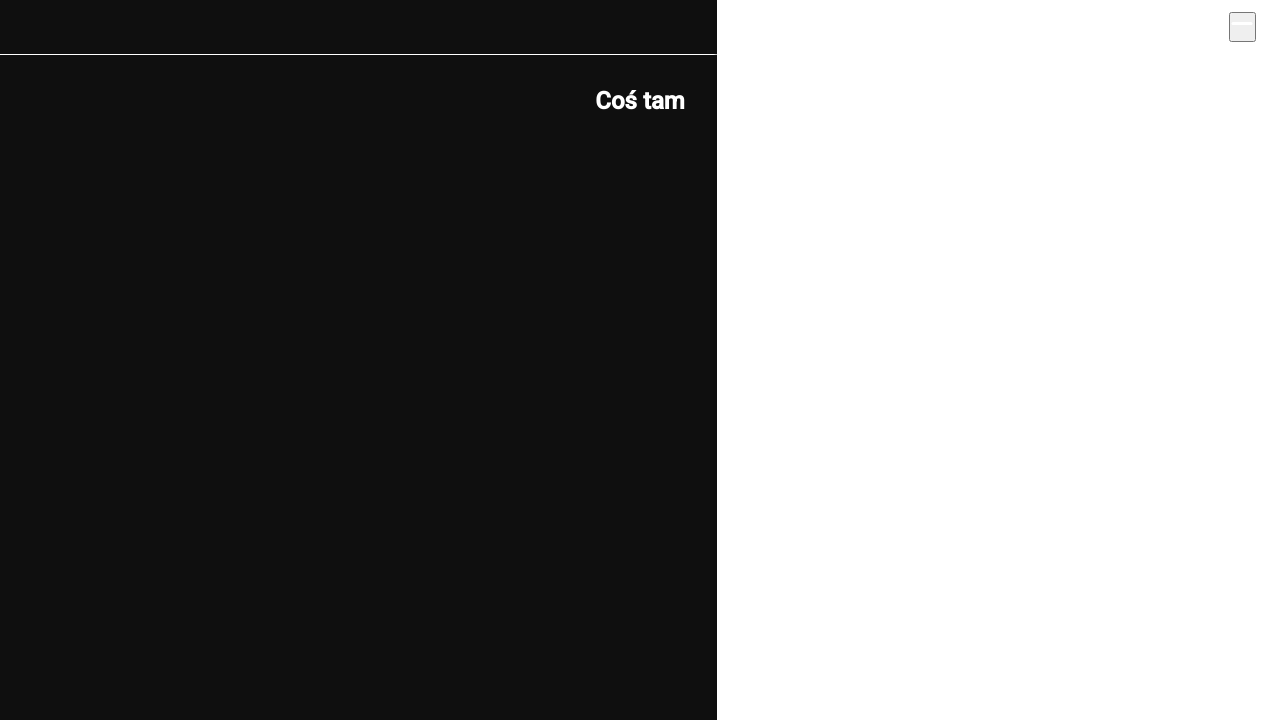
Repository: KrzysKolo/sr_tydzien5_zad3
Page: /Contact
The author's editor kept a copy of each file at every save. The page is drawn from the files as they stood at one save, then again after the next save.
The browser window is 1280 px wide. The pictures show the whole page.
The project was rebuilt for these pictures with package versions that can differ from the ones it lists, and the page was loaded fresh each time.

Above is the page before, as saved 2020-12-30 11:38:19.

After the next save:
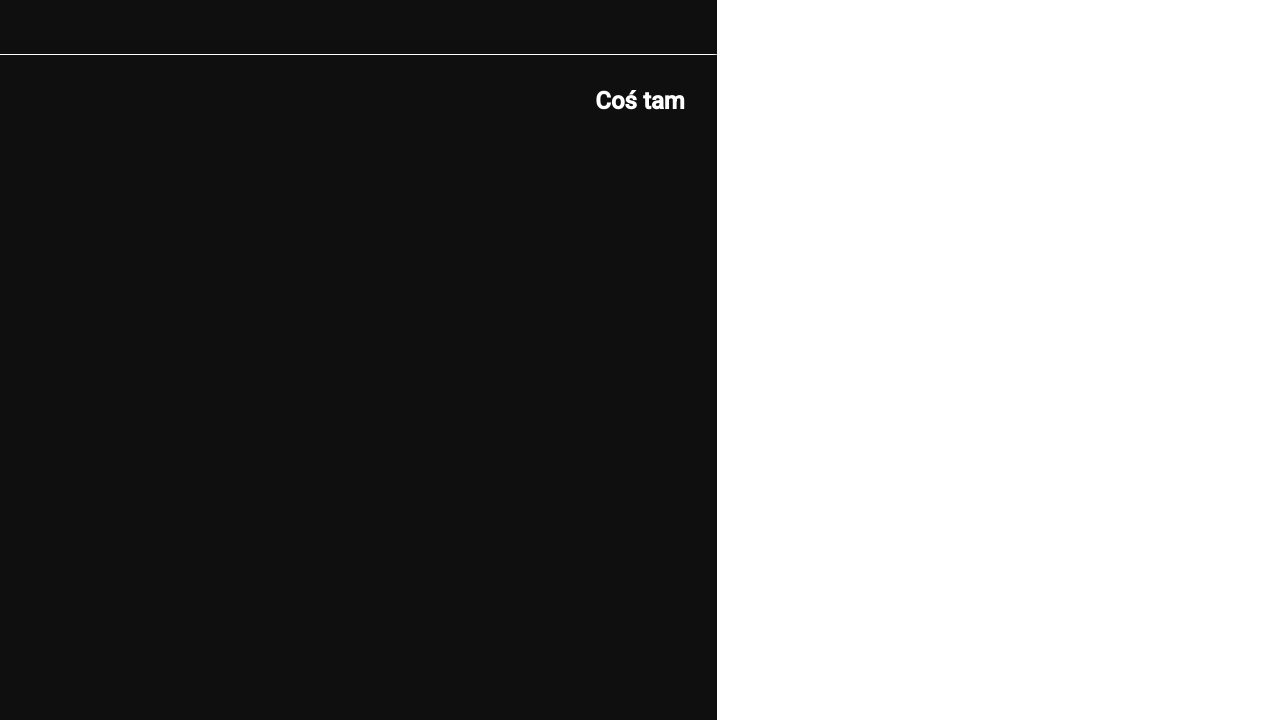
Saved 89 s later.
--- a/src/components/hamburgerMenu/MenuToggle.js
+++ b/src/components/hamburgerMenu/MenuToggle.js
@@ -2,7 +2,7 @@ import { motion } from 'framer-motion';
 import React from 'react';
 import styled from 'styled-components';
 
-const Button = styled.button`
+const Button = styled.div`
     z-index: 99;
     cursor: pointer;
 `;
